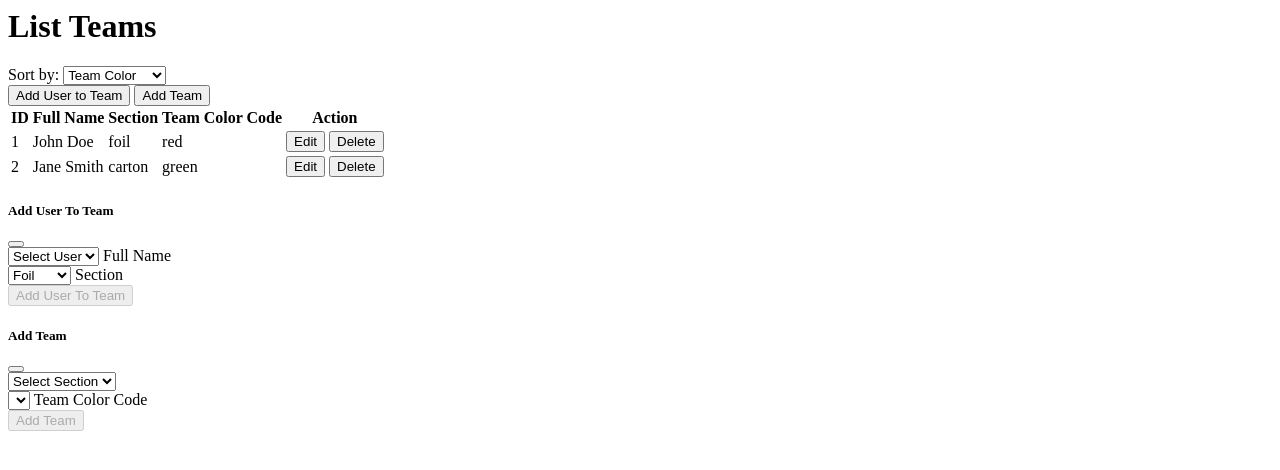
Repository: Daigtas/Shiftman
Page: partials/list-teams.html
An editor plug-in stored every save of this project. The page is shown before and after a run of saves, followed by the edit.
The browser window is 1280 px wide. The pictures show the whole page.

Above is the page before, as saved 2025-02-04 12:36:47.

After the next 2 saves:
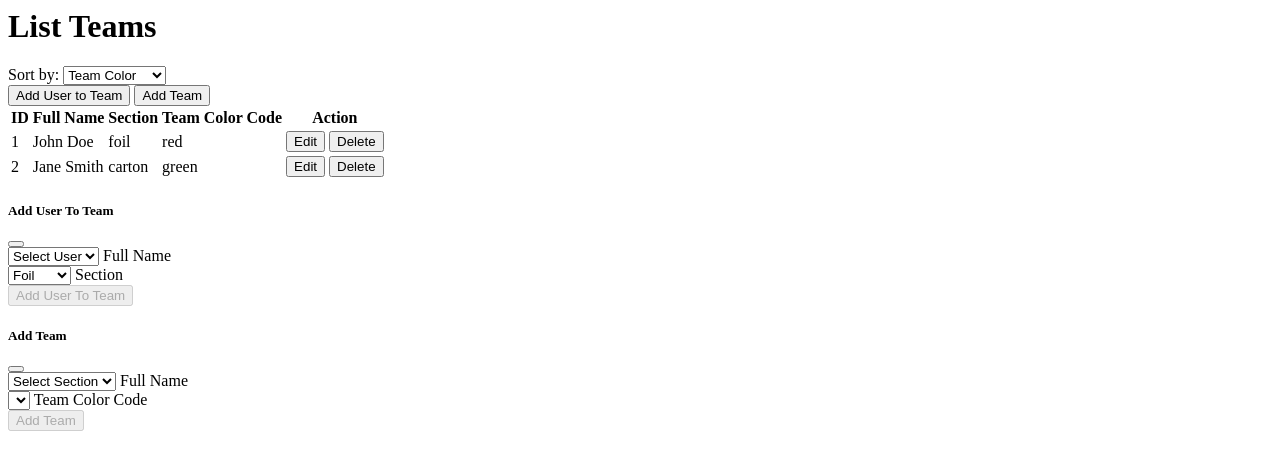
The 2 saves are shown as one change because they came seconds apart.
The last was saved 21 s later.
--- a/partials/list-teams.html
+++ b/partials/list-teams.html
@@ -100,6 +100,7 @@
                             <option value="Foil" data-translate-key="selectsectionfoil">Foil</option>
                             <option value="Carton" data-translate-key="selectsectioncarton">Carton</option>
                         </select>
+                        <label for="userFullName" data-translate-key="fullname">Full Name</label>
                     </div>
                     <div class="form-floating mb-3">
                         <select class="form-select" id="teamcolorcode" required>
